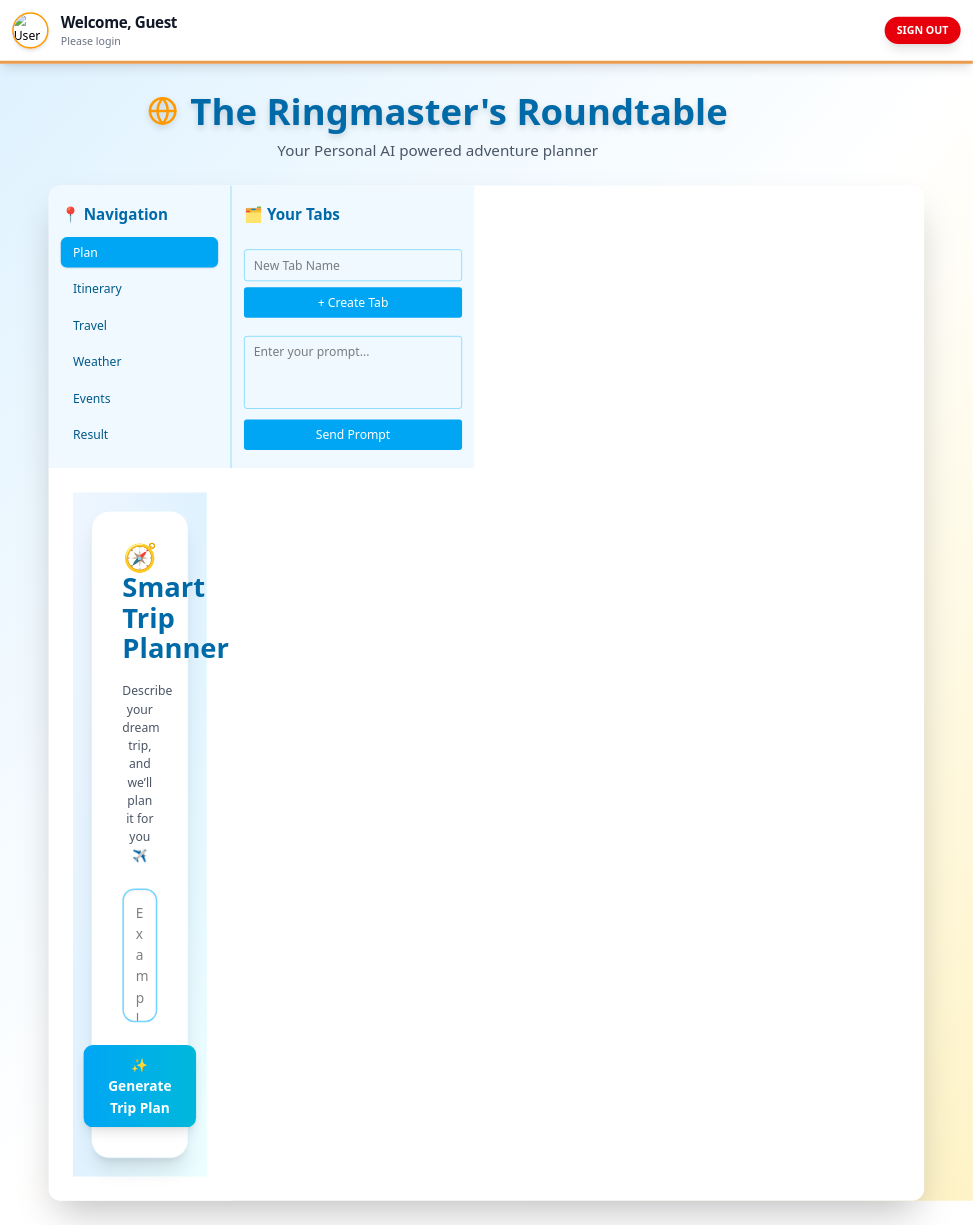
Repository: vega2006/The-Ringmaster-s-Roundtable
Page: /prompt (app in client/)
The author's editor kept a copy of each file at every save. The page is drawn from the files as they stood at one save, then again after the next save.
The browser window is 1280 px wide. The pictures show the whole page, at 76% of full size.
The page's requests for data from a server got no answer. The project was rebuilt for these pictures with package versions that can differ from the ones it lists, and the page was loaded fresh each time. No one was signed in, and anything a server would have sent is missing. Also part of the build but not shown: client/vite.config.js, client/src/components/GoogleLogin.jsx, client/src/components/NotFound.jsx, client/src/components/Sidebar.jsx, client/src/components/PlanInput.jsx, client/src/components/WeatherContent.jsx, client/src/components/TravelContent.jsx, client/src/components/ItineraryContent.jsx and 8 more.

Above is the page before, as saved 2025-10-09 17:16:12.

### client/src/App.jsx


import { GoogleOAuthProvider } from "@react-oauth/google";
import GoogleLogin from "./components/GoogleLogin";
import { BrowserRouter, Route, Routes, Navigate } from 'react-router-dom';
import { useState } from 'react';
import RefreshHandler from './components/RefreshHandler';
import NotFound from './components/NotFound';
import Dashboard from "./pages/Dashboard";
import Home from "./pages/Home";
import AIDashboard from "./pages/AIDashboard";
export default function App() {
  const [isAuthenticated, setIsAuthenticated] = useState(false);

  const GoogleWrapper = () => (
    <GoogleOAuthProvider clientId="1054190178825-cc3eg87b9uvh9hfn384ge5sqe5hq9l5v.apps.googleusercontent.com">
      <GoogleLogin />
    </GoogleOAuthProvider>
  );

  const PrivateRoute = ({ element }) => {
    return isAuthenticated ? element : element;
  };

  return (
    <BrowserRouter>
      <RefreshHandler setIsAuthenticated={setIsAuthenticated} />
      <Routes>
        {/* Public route for the Home page, where users can sign in */}
        <Route path="/" element={<Home isAuthenticated={isAuthenticated} />} />

        {/* This is the login page. Redirect to home after login. */}
        <Route path="/login" element={<GoogleWrapper />} />

        {/* This is the protected dashboard route */}
        <Route path='/dashboard' element={<PrivateRoute element={<Dashboard />} />} />
         <Route path='/prompt' element={<PrivateRoute element={<AIDashboard />} />} />

        {/* Catch-all route for invalid URLs */}
        <Route path="*" element={<NotFound />} />
      </Routes>
    </BrowserRouter>
  );
}

### client/src/components/RefreshHandler.jsx
import React, { useEffect } from 'react';
import { useLocation, useNavigate } from 'react-router-dom';

function RefrshHandler({ setIsAuthenticated }) {
    const location = useLocation();
    const navigate = useNavigate();

    useEffect(() => {
        const data = localStorage.getItem('user-info');
        const token = JSON.parse(data)?.token;
        if (token) {
            setIsAuthenticated(true);
            if (location.pathname === '/' ||
                location.pathname === '/login'
            ) {
                navigate('/dashboard', { replace: false });
            }
        }
    }, [location, navigate, setIsAuthenticated])

    return (
        null
    )
}

export default RefrshHandler

### client/src/pages/AIDashboard.jsx
import {TripProvider } from "../contexts/TripContext";
import AppHeader from "../components/AppHeader";
import PromptBasedSidebar from "../components/PromptBasedSideBar";
import MainContent from "../components/MainContent";
import AIContentRouter from "../components/AIContentRouter";
import React, { useEffect, useState } from 'react'
import { useNavigate } from 'react-router-dom';
import RightSidebar from "../components/TabBar";
const AIDashboard = () => {

     const [userInfo, setUserInfo] = useState(null);
    const navigate = useNavigate();

    useEffect(()=>{
        const data = localStorage.getItem('user-info');
        const userData = JSON.parse(data);
        setUserInfo(userData);
    },[])

    const handleLogout = ()=>{
        localStorage.removeItem('user-info');
        navigate('/login');
    }


  return (
    <div>
      <div className="sticky top-0 z-10 bg-white shadow-lg p-3 sm:p-4 border-b-4 border-amber-600/70">
                <div className="max-w-7xl mx-auto flex justify-between items-center">

                    {/* User Info Display */}
                    <div className="flex items-center space-x-4">
                        <img
                            className="w-12 h-12 rounded-full object-cover shadow-md border-2 border-amber-500"
                            src={userInfo?.image}
                            alt={userInfo?.name || 'User'}
                            onError={(e) => { e.target.onerror = null; e.target.src="https://placehold.co/40x40/FFC107/333?text=?" }}
                        />
                        <div className="hidden sm:block">
                            <h1 className="text-xl font-bold text-gray-900 tracking-tight">Welcome, {userInfo?.name || 'Guest'}</h1>
                            <h3 className="text-sm text-gray-500">{userInfo?.email || 'Please login'}</h3>
                        </div>
                        <div className="sm:hidden text-lg font-bold text-gray-900">
                           {userInfo?.name ? `Hello, ${userInfo.name.split(' ')[0]}!` : 'Hello!'}
                        </div>
                    </div>

                    {/* Logout Button (Stylized and positioned on the right) */}
                    <button
                        onClick={handleLogout}
                        className="px-4 py-2 bg-red-600 text-white font-semibold rounded-full shadow-lg hover:bg-red-700
                                   transition duration-150 transform hover:scale-[1.02] active:scale-95
                                   focus:outline-none focus:ring-4 focus:ring-red-300 uppercase text-sm"
                    >
                        Sign Out
                    </button>
                </div>
            </div>

      <TripProvider>

        <div className="min-h-screen bg-gradient-to-br from-sky-100 via-white to-amber-100 font-inter">
          <AppHeader />
          <div className="max-w-6xl mx-auto grid grid-cols-1 md:grid-cols-[240px_1fr] bg-white shadow-2xl rounded-2xl overflow-hidden mt-4 mb-8">
            <PromptBasedSidebar />

            <RightSidebar/>
            <MainContent>
                            <AIContentRouter />
                       </MainContent>


          </div>
        </div>
    </TripProvider>

    </div>
  )
}
export default AIDashboard

### client/src/api/api.jsx
import axios from "axios";

const API_BASE = `${import.meta.env.VITE_BACKEND_URL}/api`;


const api = axios.create({
    baseURL: "http://localhost:4000/auth/",
    // withCredentials: true,
});

export const googleAuth = (code) => api.get(`/google?code=${code}`);


export const getWeather = (city, travelDate) =>
  axios.get(`${API_BASE}/weather?city=${encodeURIComponent(city)}&travelDate=${encodeURIComponent(travelDate)}`);
;

export const getRoute = (origin, destination, travelDate) =>
  axios.get(`${API_BASE}/maps?origin=${encodeURIComponent(origin)}&destination=${encodeURIComponent(destination)}&travelDate=${encodeURIComponent(travelDate)}`);


export const getEvents = (destination, startTravelDate, endTravelDate) =>
  axios.get(`${API_BASE}/events`, {
    params: {
      city: destination,
      startDate: startTravelDate,
      endDate: endTravelDate,
    },
  });

export const getTripBudget = async (payload) => {
  // console.log(payload);
  return axios.post(`${API_BASE}/budget`, payload);
};


export const getItinerary = async (destination,startDate, endDate) => {
  return axios.post(`${API_BASE}/itinerary/generate`, {
      destination,
      startDate,
      endDate,
    });
};

### client/src/components/AppHeader.jsx
import React from 'react';
import { Globe } from 'lucide-react';

const AppHeader = () => (
    <div className="w-full max-w-6xl text-center pt-8 pb-4">
        <h1 className="text-4xl sm:text-5xl font-extrabold text-sky-700 drop-shadow-lg leading-tight flex items-center justify-center">
            <Globe className="w-8 h-8 sm:w-10 sm:h-10 mr-4 text-amber-500" />
            The Ringmaster's Roundtable
        </h1>
        <p className="text-center text-lg sm:text-xl text-gray-600 mt-2">Your Personal AI powered adventure planner</p>
    </div>
);

export default AppHeader;

### client/src/components/MainContent.jsx
export default function MainContent({ children }) {
  return (
    <main className="p-8 bg-white overflow-y-auto">
      {children}
    </main>
  );
}

### client/src/components/PlanByPrompt.jsx
import { useState } from "react";
import { useTrip } from "../contexts/TripContext";

// Helper function to get the current date in YYYY-MM-DD format (required for HTML date input min)
const getTodayDate = () => {
  const today = new Date();
  const year = today.getFullYear();
  const month = String(today.getMonth() + 1).padStart(2, '0');
  const day = String(today.getDate()).padStart(2, '0');
  return `${year}-${month}-${day}`;
};
export default function PlanByPrompt() {
  const [prompt, setPrompt] = useState("");
  const [isLoading, setIsLoading] = useState(false);
  const [result, setResult] = useState(null);

  const {activeTab, setActiveTab,
    manualRoute,origin,
       events,setEvents,
        setOrigin,
        destination,
        setDestination,
        setManualRoute,manualWeather,setManualWeather,AIResult,setAIResult,itinerary,setItinerary}=useTrip();
  const generate = async () => {
    if (!prompt.trim()) {
      alert("Please describe your trip before generating!");
      return;
    }

    setIsLoading(true);
    try {
      const response = await fetch("http://localhost:4000/api/mcp-server", {
        method: "POST",
        headers: { "Content-Type": "application/json" },
        body: JSON.stringify({ prompt , userId:"2345326542d324" }),
      });

      const data = await response.json();
     await  setOrigin(data.trip.origin);
      await setDestination(data.trip.destination);
      setManualWeather(data.trip.weather);
      setItinerary(data.trip.itinerary);
    setManualRoute({
  origin,
  destination,
  routes: data.trip.route// entire object returned from backend
});
      setActiveTab("Weather");
      setEvents(data.trip.events);
    } catch (err) {
      console.error("Error generating trip plan:", err);
      alert("Failed to generate trip plan. Please try again.");
    } finally {
      setIsLoading(false);
    }
  };

  return (
    <div className="min-h-screen bg-gradient-to-br from-blue-50 via-sky-100 to-cyan-50 flex flex-col items-center justify-center p-6">
      <div className="w-full max-w-3xl bg-white rounded-3xl shadow-xl p-10 border border-sky-100">
        {/* Header */}
        <h1 className="text-4xl font-extrabold text-sky-700 text-center mb-6">
          🧭 Smart Trip Planner
        </h1>
        <p className="text-gray-600 text-center mb-8">
          Describe your dream trip, and we’ll plan it for you ✈️
        </p>

        {/* Prompt Input */}
        <textarea
          placeholder="Example: 5-day trip to Goa with beaches and cafes"
          value={prompt}
          onChange={(e) => setPrompt(e.target.value)}
          rows="5"
          className="w-full p-4 border-2 border-sky-300 rounded-2xl shadow-inner focus:ring-2 focus:ring-sky-500 outline-none text-lg resize-none transition-all duration-200"
        />

        {/* Generate Button */}
        <div className="flex justify-center mt-6">
          <button
            onClick={generate}
            disabled={isLoading}
            className={`px-8 py-3 text-lg font-semibold text-white rounded-xl shadow-lg transition-all duration-300 ${
              isLoading
                ? "bg-sky-400 cursor-not-allowed"
                : "bg-gradient-to-r from-sky-500 to-cyan-500 hover:from-sky-600 hover:to-cyan-600"
            }`}
          >
            {isLoading ? "Planning..." : "✨ Generate Trip Plan"}
          </button>
        </div>


      </div>
    </div>
  );
}

### client/src/components/PromptBasedSideBar.jsx
import { useTrip } from "../contexts/TripContext";
import { TABS } from "../utils/PromptBasedConstants";

export default function PromptBasedSidebar() {
  const { activeTab, setActiveTab, isResultAvailable } = useTrip();

  return (
    <aside className="bg-sky-50 border-r border-sky-200 py-6 px-4">
      <h2 className="text-xl font-semibold mb-4 text-sky-700">📍 Navigation</h2>
      <nav className="flex flex-col space-y-2">
        {TABS.map((tab) => (
          <button
            key={tab}
            disabled={tab !== "Plan" && !isResultAvailable}
            onClick={() => setActiveTab(tab)}
            className={`px-4 py-2 text-left rounded-lg font-medium transition-all ${
              activeTab === tab
                ? "bg-sky-500 text-white shadow"
                : "hover:bg-sky-100 text-sky-800"
            } ${tab !== "Plan" && !isResultAvailable ? "opacity-50 cursor-not-allowed" : ""}`}
          >
            {tab}
          </button>
        ))}
      </nav>
    </aside>
  );
}

### client/src/components/AIContentRouter.jsx
import { useTrip } from "../contexts/TripContext";
import PlanByPrompt from "./PlanByPrompt";
import WeatherContent from "./WeatherContent";
import TravelContent from "./TravelContent";
import PromptBasedItinerary from "./PromptBasedItinerary";
import BudgetContent from "./BudgetContent";
import PromptBasedEvents from "./PromptBasedEvents";
import AIresult from "./AIresult";
export default function AIContentRouter() {
  const { activeTab } = useTrip();

  switch (activeTab) {
    case "Plan": return <PlanByPrompt/>;
    case "Result": return <AIresult/>;
    case "Weather": return <WeatherContent />;
    case "Travel": return <TravelContent />;
    case "Itinerary": return <PromptBasedItinerary/>;
    case "Budget": return <BudgetContent />;
    case "Events": return < PromptBasedEvents/>;
    default: return <PlanInput />;
  }
}

### client/src/components/TabBar.jsx
import { useState, useEffect } from "react";
import { useTrip } from "../contexts/TripContext";
import axios from "axios";

export default function RightSidebar({ userId }) {
  const { activeTab, setActiveTab, isResultAvailable } = useTrip();
  const [tabs, setTabs] = useState([]);
  const [newTabName, setNewTabName] = useState("");
  const [prompt, setPrompt] = useState("");

  // Fetch tabs from backend on mount
  useEffect(() => {
    async function fetchTabs() {
      try {
        const response = await axios.get("/api/tabs", { params: { userId } });
        setTabs(response.data); // assuming backend returns [{ tabId, name }]
      } catch (err) {
        console.error("Error fetching tabs:", err);
      }
    }
    fetchTabs();
  }, [userId]);

  // Handle clicking on a tab
  const handleTabClick = async (tab) => {
    setActiveTab(tab.name);
    try {
      await axios.post("/api/tabSelect", { tabId: tab.tabId, userId });
    } catch (err) {
      console.error("Error sending tab selection:", err);
    }
  };

  // Handle sending prompt
  const handleSendPrompt = async () => {
    if (!activeTab) return alert("Select a tab first!");
    try {
      await axios.post("/api/sendPrompt", { userId, tabName: activeTab, prompt });
      setPrompt(""); // clear input after sending
    } catch (err) {
      console.error("Error sending prompt:", err);
    }
  };

  // Handle creating a new tab
  const handleCreateNewTab = async () => {
    if (!newTabName.trim()) return;
    try {
      const response = await axios.post("/api/createTab", { userId, name: newTabName });
      setTabs((prev) => [...prev, response.data]); // add new tab to list
      setNewTabName("");
    } catch (err) {
      console.error("Error creating new tab:", err);
    }
  };

  return (
    <aside className="bg-sky-50 border-l border-sky-200 py-6 px-4 w-80 flex-shrink-0 flex flex-col">
      <h2 className="text-xl font-semibold mb-4 text-sky-700">🗂 Your Tabs</h2>

      <div className="flex flex-col space-y-2 mb-4 overflow-y-auto">
        {/* {tabs.length!==0&&tabs.map((tab) => (
          <button
            key={tab.tabId}
            onClick={() => handleTabClick(tab)}
            className={`px-4 py-2 text-left rounded-lg font-medium transition-all ${
              activeTab === tab.name
                ? "bg-sky-500 text-white shadow"
                : "hover:bg-sky-100 text-sky-800"
            }`}
          >
            {tab.name}
          </button>
        ))} */}
      </div>

      {/* Create New Tab */}
      <div className="mb-4">
        <input
          type="text"
          placeholder="New Tab Name"
          value={newTabName}
          onChange={(e) => setNewTabName(e.target.value)}
          className="w-full px-3 py-2 rounded border border-sky-300 focus:outline-none focus:ring-2 focus:ring-sky-400 mb-2"
        />
        <button
          onClick={handleCreateNewTab}
          className="w-full px-4 py-2 bg-sky-500 text-white rounded hover:bg-sky-600 transition"
        >
          + Create Tab
        </button>
      </div>

      {/* Prompt Input */}
      <div className="mt-auto">
        <textarea
          placeholder="Enter your prompt..."
          value={prompt}
          onChange={(e) => setPrompt(e.target.value)}
          className="w-full h-24 px-3 py-2 rounded border border-sky-300 focus:outline-none focus:ring-2 focus:ring-sky-400 mb-2 resize-none"
        />
        <button
          onClick={handleSendPrompt}
          className="w-full px-4 py-2 bg-sky-500 text-white rounded hover:bg-sky-600 transition"
        >
          Send Prompt
        </button>
      </div>
    </aside>
  );
}

### client/src/utils/constants.jsx
export const API_KEY = "";
export const API_URL = `https://generativelanguage.googleapis.com/v1beta/models/gemini-2.5-flash-preview-05-20:generateContent?key=${API_KEY}`;

export const TABS = ["Plan", "Itinerary", "Budget", "Travel", "Weather", "Events","Result"];

export const RESPONSE_SCHEMA = {
  type: "OBJECT",
  properties: {
    destination: { type: "STRING" },
    duration_days: { type: "NUMBER" },
    summary: { type: "STRING" },
    itinerary: {
      type: "ARRAY",
      items: {
        type: "OBJECT",
        properties: {
          day: { type: "NUMBER" },
          date: { type: "STRING" },
          activities: { type: "ARRAY", items: { type: "STRING" } },
        },
      },
    },
  },
};

### client/src/utils/PromptBasedConstants.jsx
export const API_KEY = "";
export const API_URL = `https://generativelanguage.googleapis.com/v1beta/models/gemini-2.5-flash-preview-05-20:generateContent?key=${API_KEY}`;

export const TABS = ["Plan", "Itinerary","Travel", "Weather", "Events","Result"];

export const RESPONSE_SCHEMA = {
  type: "OBJECT",
  properties: {
    destination: { type: "STRING" },
    duration_days: { type: "NUMBER" },
    summary: { type: "STRING" },
    itinerary: {
      type: "ARRAY",
      items: {
        type: "OBJECT",
        properties: {
          day: { type: "NUMBER" },
          date: { type: "STRING" },
          activities: { type: "ARRAY", items: { type: "STRING" } },
        },
      },
    },
  },
};

Loaded but not shown: client/index.html (common file); client/src/main.jsx (common file); client/src/index.css (common file); client/src/contexts/TripContext.jsx (195 lines, source omitted)

After the next save:
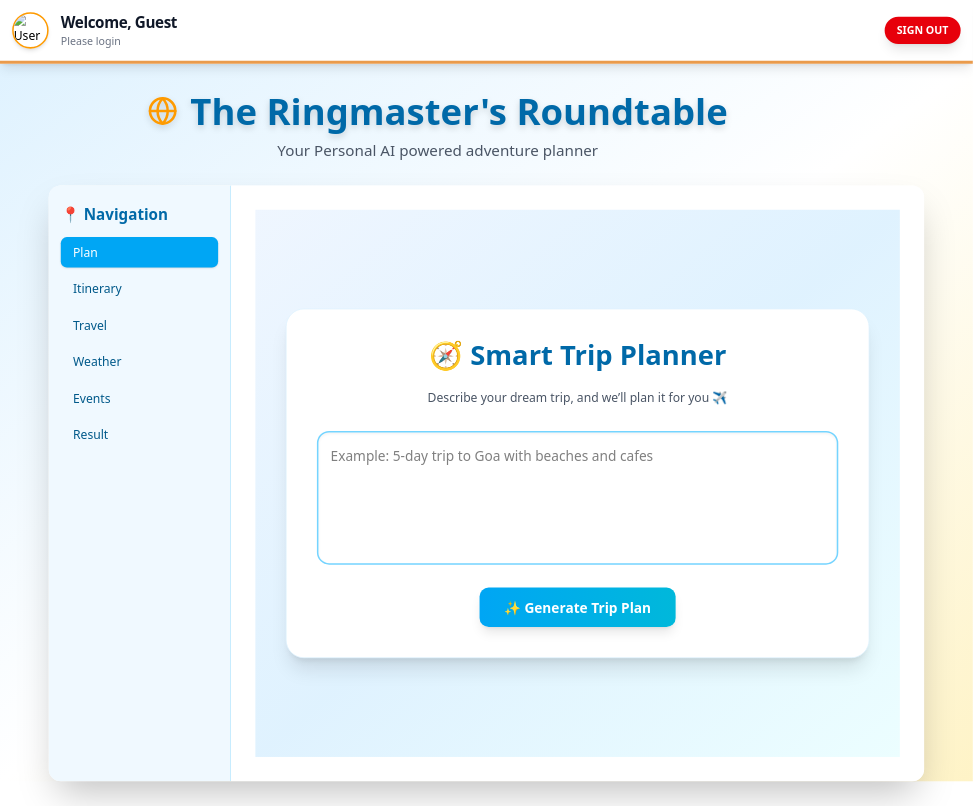
Saved 9 s later.
--- a/client/src/pages/AIDashboard.jsx
+++ b/client/src/pages/AIDashboard.jsx
@@ -64,7 +64,7 @@ const AIDashboard = () => {
           <div className="max-w-6xl mx-auto grid grid-cols-1 md:grid-cols-[240px_1fr] bg-white shadow-2xl rounded-2xl overflow-hidden mt-4 mb-8">
             <PromptBasedSidebar />
 
-            <RightSidebar/>
+
             <MainContent>
                             <AIContentRouter />
                        </MainContent>
